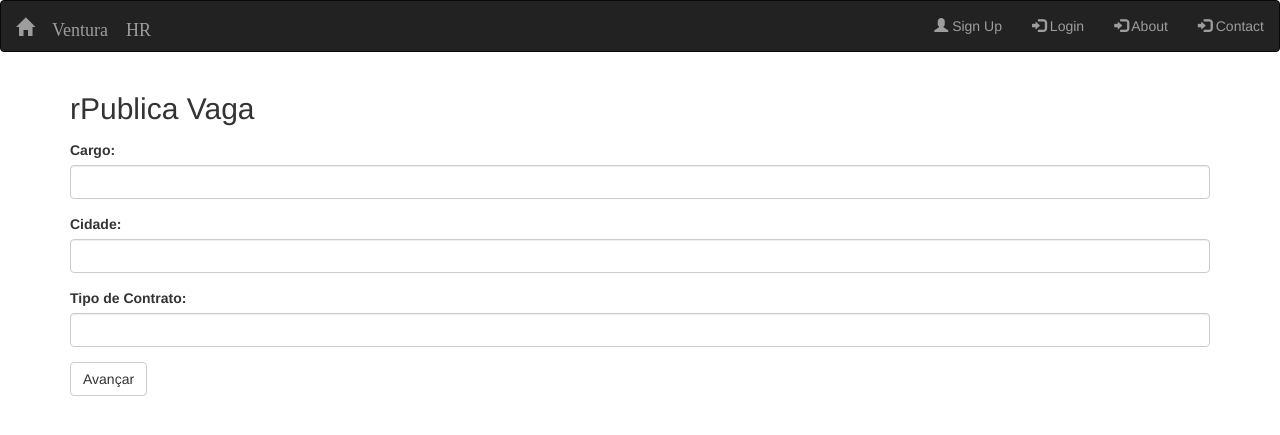
Repository: nmparfait/HumanResources-Ventura
Page: http://localhost/venturaWeb/WEB-INF/jsp/empresa/postarVaga.jsp
The author's editor kept a copy of each file at every save. The page is drawn from the files as they stood at one save, then again after the next save.
The browser window is 1280 px wide. The pictures show the whole page.
The page is served by Tomcat 9. Nobody is signed in. Other server files are loaded and not shown. The template is opened directly, without the code that normally fills it, so the values that code supplies are empty.

Above is the page before, as saved 2021-09-27 09:13:01.

### venturaWeb/src/main/webapp/WEB-INF/jsp/empresa/postarVaga.jsp
<%@ taglib uri="http://java.sun.com/jsp/jstl/core" prefix="c" %>
<%@ page contentType="text/html;charset=UTF-8" language="java" %>
<!DOCTYPE html>
<html>
<head>
    <title>Bootstrap Example</title>
    <meta charset="utf-8">
    <meta name="viewport" content="width=device-width, initial-scale=1">
    <link rel="stylesheet" href="https://maxcdn.bootstrapcdn.com/bootstrap/3.4.1/css/bootstrap.min.css">
    <script src="https://ajax.googleapis.com/ajax/libs/jquery/3.5.1/jquery.min.js"></script>
    <script src="https://maxcdn.bootstrapcdn.com/bootstrap/3.4.1/js/bootstrap.min.js"></script>
</head>
<body>

<c:import url="/WEB-INF/jsp/app/menu.jsp"/>

<div class="container">
    <h2>rPublica Vaga</h2>
    <form action="/empresa/vaga" method="post">
        <div class="form-group">
            <input type="hidden" class="form-control" name="usuarioId" value=${usuario.id}>
        </div>
        <div class="form-group">
            <label>Cargo:</label>
            <input type="text" class="form-control" name="cargo" value=${vaga.cargo}>
        </div>
        <div class="form-group">
            <label>Cidade:</label>
            <input type="text" class="form-control" name="cidade" value=${vaga.cidade}>
        </div>
        <div class="form-group">
            <label>Tipo de Contrato:</label>
            <input type="text" class="form-control" name="tipoDeContrato" value=${vaga.tipoDeContrato}>
        </div>
        <button type="submit" class="btn btn-default">Avançar</button>
    </form>

    <c:if test="${not empty vaga}">
        <hr>
        <form action="/empresa/criterios" method="post">
            <div class="form-group">
                <label>Descrição:</label>
                <input type="text" class="form-control" name="descricao" value=${criterio.descricao}>
            </div>
            <div class="form-group">
                <label>Perfil:</label>
                <input type="number" min="1" max="5" class="form-control" name="perfil" value=${criterio.perfil}>
            </div>
            <div class="form-group">
                <label>Peso:</label>
                <input type="number" min="1" max="5" class="form-control" name="peso" value=${criterio.peso}>
            </div>
            <button type="submit" class="btn btn-default">Adicionar Critério</button>
        </form>
        <hr>
        <form action="/empresa/anunciarVaga" method="post">
            <button type="submit" class="btn btn-default">Anunciar</button>
        </form>
    </c:if>
</div>

</body>
</html>

### venturaWeb/src/main/webapp/WEB-INF/jsp/app/menu.jsp
<%@ taglib uri="http://java.sun.com/jsp/jstl/core" prefix="c" %>
<nav class="navbar navbar-inverse">
    <div class="container-fluid">
        <div class="navbar-header">
            <a class="navbar-brand glyphicon glyphicon-home" href="#"> Ventura HR</a>
        </div>
        <ul class="nav navbar-nav navbar-right">
            <c:if test="${empty usuario}">
            <li><a href="/usuario"><span class="glyphicon glyphicon-user"></span> Sign Up</a></li>
            <li><a href="/acesso"><span class="glyphicon glyphicon-log-in"></span> Login</a></li>
            <li><a href="/acesso"><span class="glyphicon glyphicon-log-in"></span> About</a></li>
            <li><a href="/acesso"><span class="glyphicon glyphicon-log-in"></span> Contact</a></li>
            </c:if>


            <c:if test="${not empty usuario}">
                <li><a href="/logout"><span class="glyphicon glyphicon-log-out"></span>Logout, ${usuario.email}</a></li>
            </c:if>

        </ul>
    </div>
</nav>

After the next save:
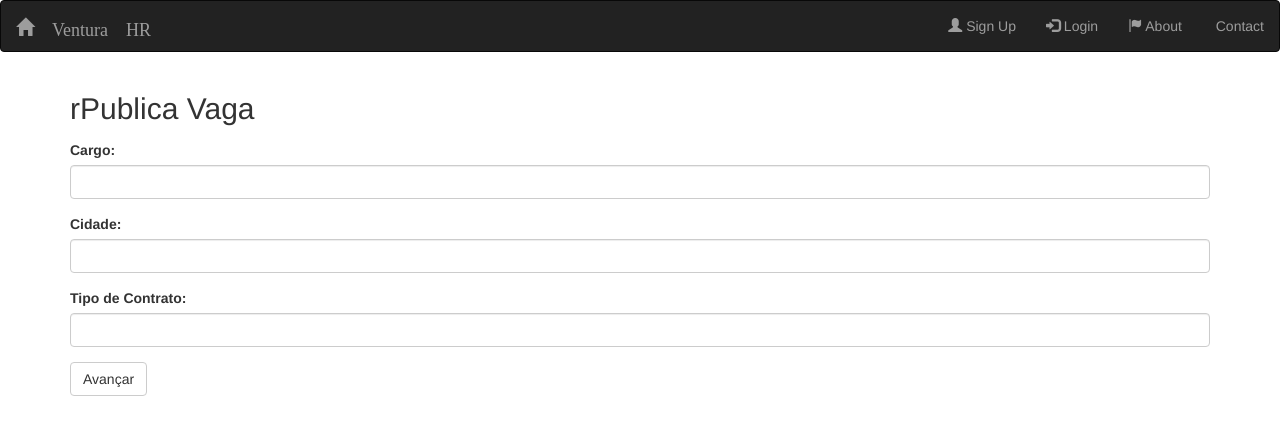
Saved 4 min 1 s later.
--- a/venturaWeb/src/main/webapp/WEB-INF/jsp/app/menu.jsp
+++ b/venturaWeb/src/main/webapp/WEB-INF/jsp/app/menu.jsp
@@ -8,8 +8,8 @@
             <c:if test="${empty usuario}">
             <li><a href="/usuario"><span class="glyphicon glyphicon-user"></span> Sign Up</a></li>
             <li><a href="/acesso"><span class="glyphicon glyphicon-log-in"></span> Login</a></li>
-            <li><a href="/acesso"><span class="glyphicon glyphicon-log-in"></span> About</a></li>
-            <li><a href="/acesso"><span class="glyphicon glyphicon-log-in"></span> Contact</a></li>
+            <li><a href="/acesso"><span class="glyphicon glyphicon-flag"></span> About</a></li>
+            <li><a href="/acesso"><span class="glyphicon glyphicon-enveloppe"></span> Contact</a></li>
             </c:if>
 
 
